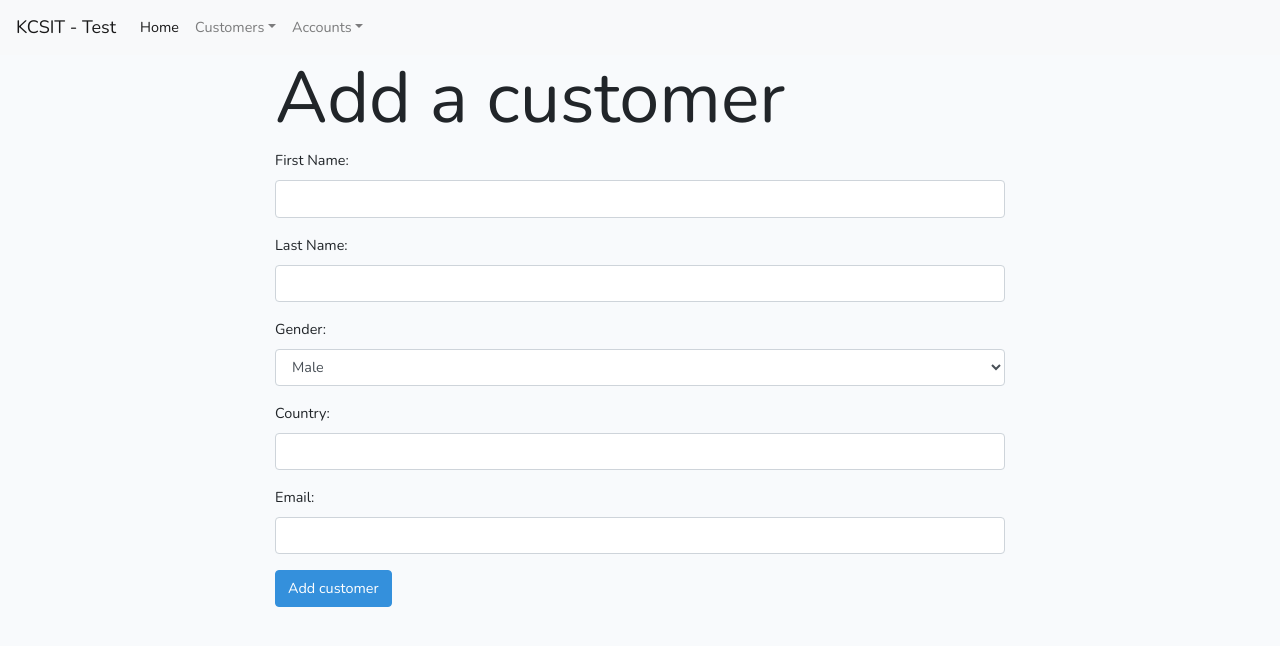
Repository: GilmarBrito/kcsit
Page: resources/views/accounts/create.blade.php
These files come from the project's save history. The page is drawn as it stood at one moment and after the next save; the edit follows.
The browser window is 1280 px wide. The pictures show the whole page.
The page is served by the project's Laravel application, run on PHP 8.4 with Laravel 8. Other server files are loaded and not shown. Style sheets and scripts are compiled from the project's sources, by tool versions that may differ from the author's. The template is opened directly, without the code that normally fills it, so the values that code supplies are empty.

Above is the page before, as saved 2020-03-09 03:22:00.
Console error: ReferenceError: $ is not defined

### routes/web.php
<?php

use Illuminate\Support\Facades\Route;

/*
|--------------------------------------------------------------------------
| Web Routes
|--------------------------------------------------------------------------
|
| Here is where you can register web routes for your application. These
| routes are loaded by the RouteServiceProvider within a group which
| contains the "web" middleware group. Now create something great!
|
*/

Route::get('/', function () {
    return view('welcome');
});

Route::resource('customers', 'CustomerController');

Route::get('/customers/{id}/account',[
    'as' => 'accounts.show',
    'uses' => 'AccountController@show'
]);

Route::get('/customers/{id}/account/transaction/new',[
    'as' => 'accounts.transaction',
    'uses' => 'AccountController@createTransaction'
]);

### resources/views/accounts/create.blade.php
@extends('base')

@section('main')
<div class="row">
    <div class="col-sm-8 offset-sm-2">
        <h1 class="display-3">Add a customer</h1>
        <div>
        @if ($errors->any())
            <div class="alert alert-danger">
                <ul>
                    @foreach ($errors->all() as $error)
                        <li>{{ $error }}</li>
                    @endforeach
                </ul>
            </div><br />
            @endif
            <form method="post" action="{{route('customers.store') }}">
                @csrf
                <div class="form-group">
                    <label for="first_name">First Name:</label>
                    <input type="text" class="form-control" name="first_name"/>
                </div>

                <div class="form-group">
                    <label for="last_name">Last Name:</label>
                    <input type="text" class="form-control" name="last_name"/>
                </div>

                <div class="form-group">
                    <label for="gender">Gender:</label>
                    <select class="form-control" name="gender">
                        <option value="Male">Male</option>
                        <option value="Female">Female</option>
                        <option value="Other">Other</option>
                    </select>
                </div>
                <div class="form-group">
                    <label for="country">Country:</label>
                    <input type="text" class="form-control" name="country"/>
                </div>
                <div class="form-group">
                    <label for="email">Email:</label>
                    <input type="email" class="form-control" name="email"/>
                </div>
                <button type="submit" class="btn btn-primary">Add customer</button>
            </form>
        </div>
    </div>
</div>
@endsection

### resources/views/base.blade.php
<!DOCTYPE html>
<html lang="en">
<head>
    <meta name="viewport" content="width=device-width, initial-scale=1.0">
    <title>KCSIT - Clever Full Stack Developer Test Task</title>
    <!-- Styles -->
    <link href="{{ asset('css/app.css') }}" rel="stylesheet">
</head>
<body>
    <nav class="navbar navbar-expand-lg navbar-light bg-light">
        <a class="navbar-brand" href="#">{{ config('app.name') }}</a>
        <button class="navbar-toggler" type="button" data-toggle="collapse" data-target="#navbarSupportedContent" aria-controls="navbarSupportedContent" aria-expanded="false" aria-label="Toggle navigation">
            <span class="navbar-toggler-icon"></span>
        </button>

        <div class="collapse navbar-collapse" id="navbarSupportedContent">
            <ul class="navbar-nav mr-auto">
                <li class="nav-item active">
                    <a class="nav-link" href="#">Home <span class="sr-only">(current)</span></a>
                </li>
                <li class="nav-item dropdown">
                    <a class="nav-link dropdown-toggle" href="#" id="navbarDropdown" role="button" data-toggle="dropdown" aria-haspopup="true" aria-expanded="false">Customers</a>
                    <div class="dropdown-menu" aria-labelledby="navbarDropdown">
                        <a class="dropdown-item" href="{{ route('customers.index') }}">List</a>
                        <a class="dropdown-item" href="{{ route('customers.create')}}">New</a>
                    </div>
                </li>
                <li class="nav-item dropdown">
                    <a class="nav-link dropdown-toggle" href="#" id="navbarDropdown" role="button" data-toggle="dropdown" aria-haspopup="true" aria-expanded="false">Accounts</a>
                    <div class="dropdown-menu" aria-labelledby="navbarDropdown">
                        <a class="dropdown-item" href="#">List</a>
                        <a class="dropdown-item" href="#">Deposit</a>
                        <a class="dropdown-item" href="#">Withdraw</a>
                    </div>
                </li>
            </ul>
        </div>
    </nav>
    @include('flash-message')
    <div class="container">
        @yield('main')
    </div>
    <!-- Scripts -->
    <script src="{{ asset('js/app.js') }}"></script>

    <script>
        $(document).ready(function () {
            if ($('.alert')){
                $('.alert').fadeTo(4000, 500).slideUp(500, function(){
                    $(".alert-dismissible").alert('close');
                });
            }
        });
    </script>

</body>
</html>

### resources/views/flash-message.blade.php
@if ($message = Session::get('success'))
<div class="alert alert-success alert-dismissible fade show">
	<button type="button" class="close" data-dismiss="alert">×</button>
        <strong>{{ $message }}</strong>
</div>
@endif


@if ($message = Session::get('error'))
<div class="alert alert-danger alert-dismissible fade show">
	<button type="button" class="close" data-dismiss="alert">×</button>
        <strong>{{ $message }}</strong>
</div>
@endif


@if ($message = Session::get('warning'))
<div class="alert alert-warning alert-dismissible fade show">
	<button type="button" class="close" data-dismiss="alert">×</button>
	<strong>{{ $message }}</strong>
</div>
@endif


@if ($message = Session::get('info'))
<div class="alert alert-info alert-dismissible fade show">
	<button type="button" class="close" data-dismiss="alert">×</button>
	<strong>{{ $message }}</strong>
</div>
@endif


@if ($errors->any())
<div class="alert alert-danger alert-dismissible fade show">
	<button type="button" class="close" data-dismiss="alert">×</button>
	Please check the form below for errors
</div>
@endif

### resources/sass/app.scss
// Fonts
@import url('https://fonts.googleapis.com/css?family=Nunito');

// Variables
@import 'variables';

// Bootstrap
@import '~bootstrap/scss/bootstrap';
// @import 'node_modules/@fortawesome/fontawesome-free/scss/fontawesome.scss';
@import '~@fortawesome/fontawesome-free/scss/fontawesome';
@import '~@fortawesome/fontawesome-free/scss/regular';
@import '~@fortawesome/fontawesome-free/scss/solid';
@import '~@fortawesome/fontawesome-free/scss/brands';

Loaded but not shown: resources/sass/_variables.scss (common file)

After the next save:
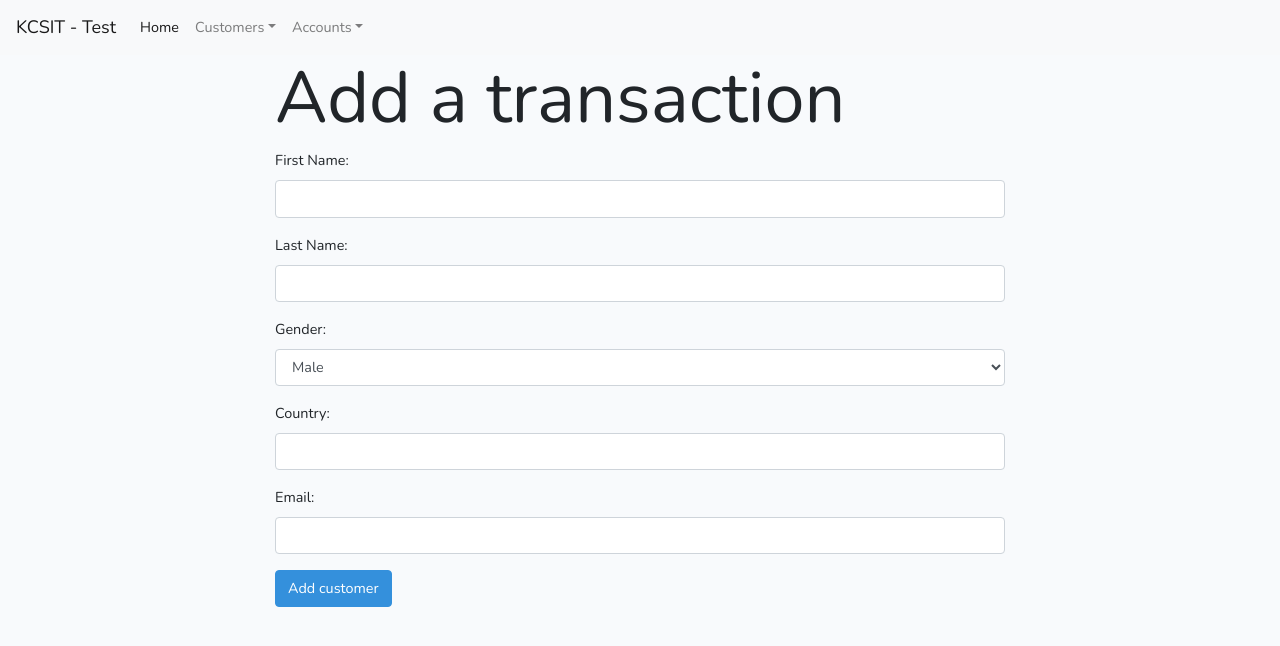
Saved 86 s later.
--- a/resources/views/accounts/create.blade.php
+++ b/resources/views/accounts/create.blade.php
@@ -3,7 +3,7 @@
 @section('main')
 <div class="row">
     <div class="col-sm-8 offset-sm-2">
-        <h1 class="display-3">Add a customer</h1>
+        <h1 class="display-3">Add a transaction</h1>
         <div>
         @if ($errors->any())
             <div class="alert alert-danger">
